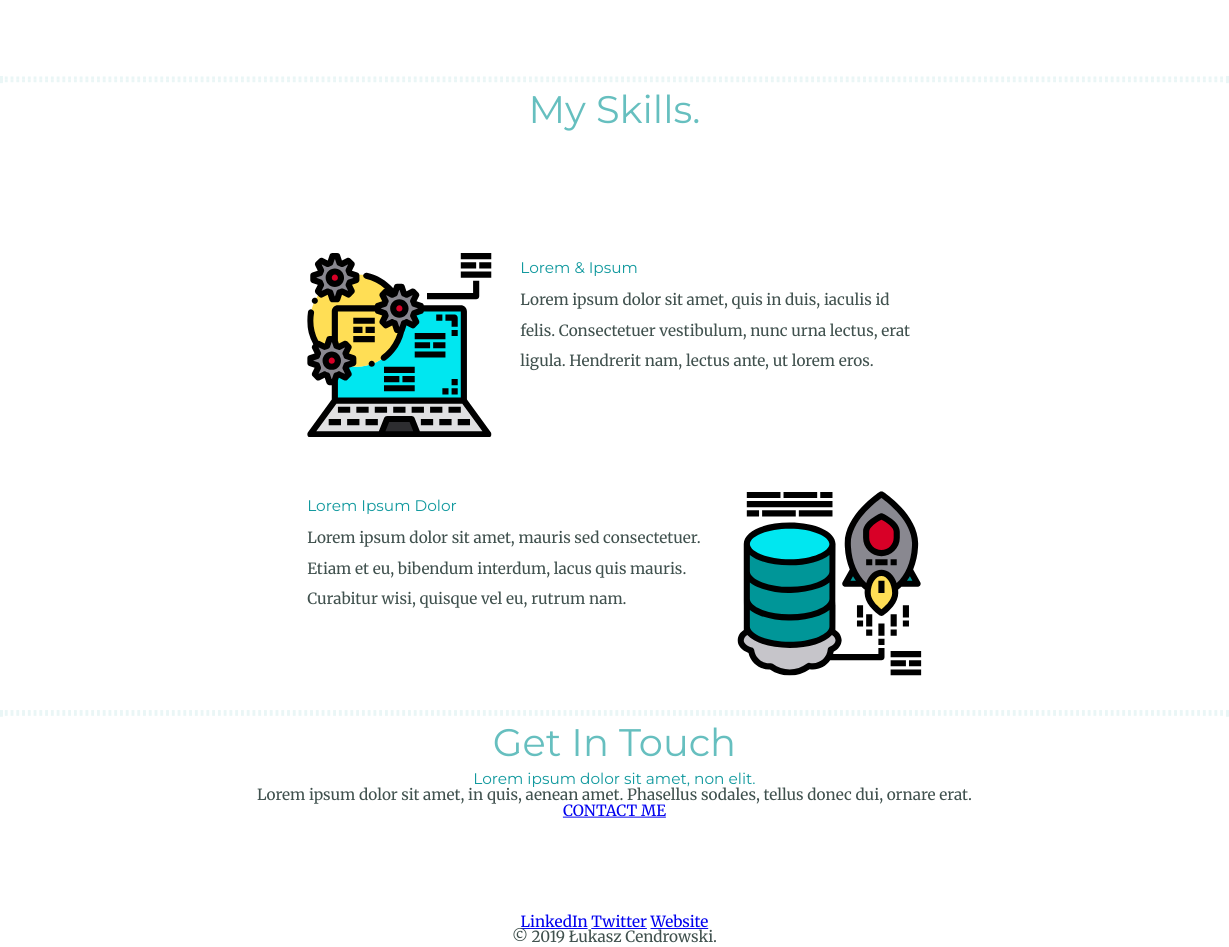
Repository: Isanderr/simple_landing_page-1
Page: index.html
An editor plug-in stored every save of this project. The page is shown before and after the next save, followed by the edit.
The browser window is 1280 px wide. The pictures show the part of the page from y = 958 to 1956 px (the page is 1944 px tall before and 1956 px after), at 96% of full size.
A picture or video elsewhere on the page could not be fetched, so the positions and the page height are approximate.

Above is the page before, as saved 2019-02-01 17:45:21.

After the next save:
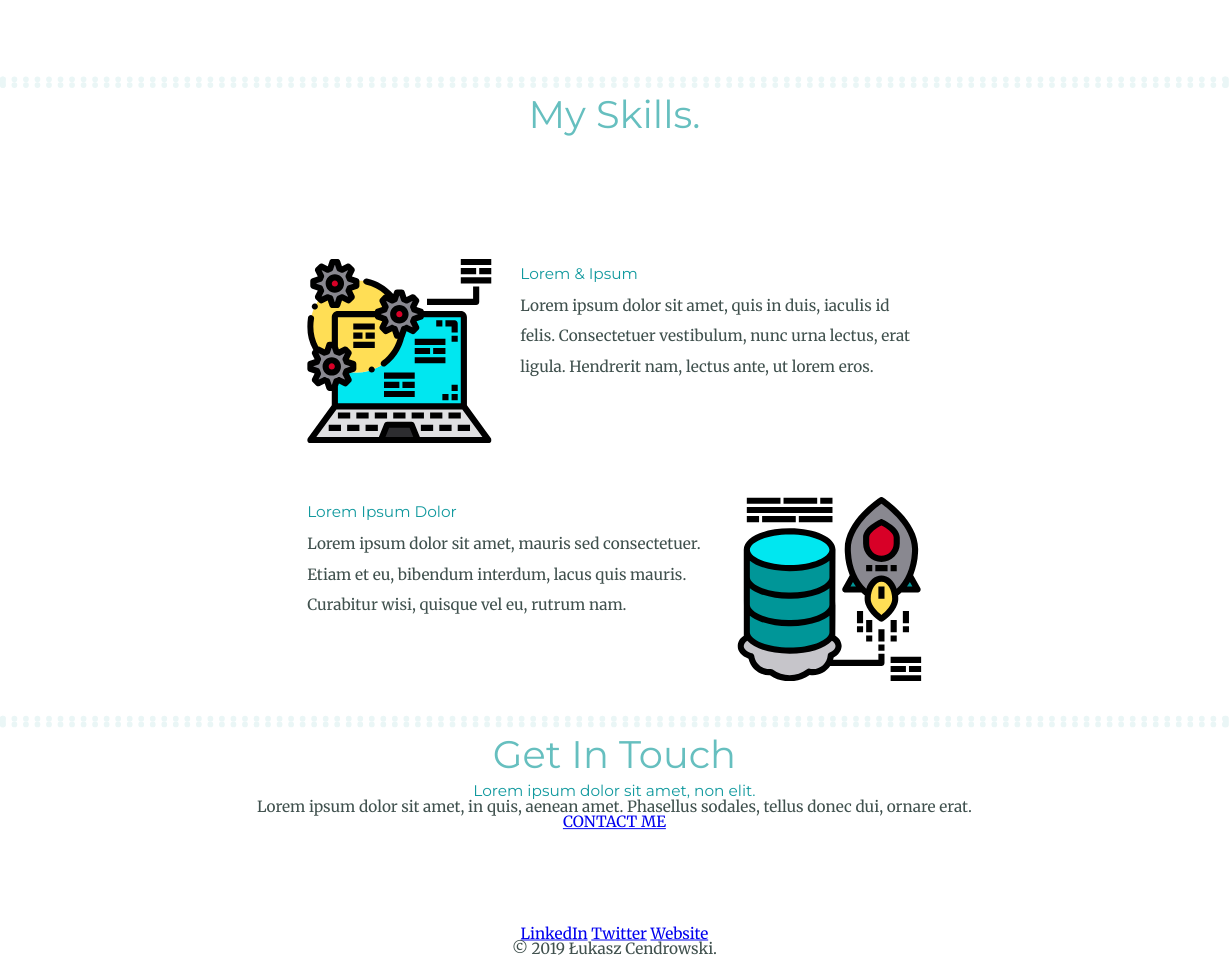
Saved 8 s later.
--- a/css/styles.css
+++ b/css/styles.css
@@ -28,7 +28,7 @@ h3 {
 }
 
 hr {
-    border: dotted #EAF6F6
+    border: dotted #EAF6F6 6px;
 }
 
 
